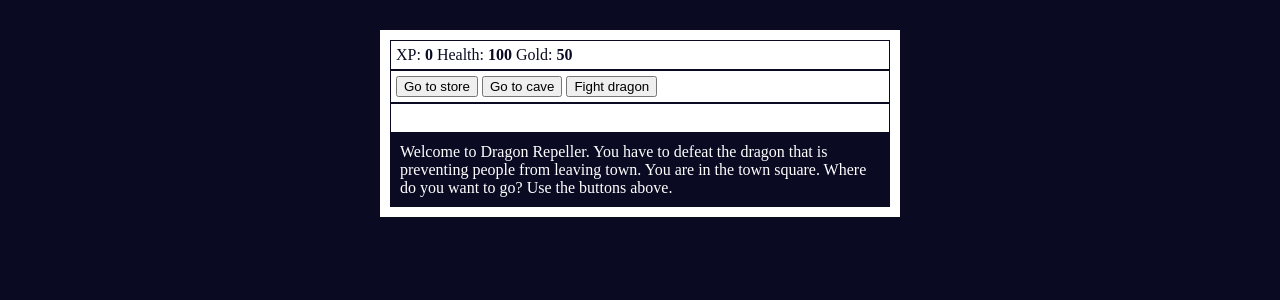
Repository: Lungdjos/role_playing_game
Page: index.html
The author's editor kept a copy of each file at every save. The page is drawn from the files as they stood at one save, then again after a run of saves.
The browser window is 1280 px wide. The pictures show the whole page.

Above is the page before, as saved 2024-02-07 08:31:28.

### index.html
<!DOCTYPE html>
<html lang="en">

<head>
    <meta charset="UTF-8">
    <meta name="viewport" content="width=device-width, initial-scale=1.0">
    <title>RPG - Dragon Repeller</title>
    <link rel="stylesheet" href="./styles.css">

</head>

<body>
    <div id="game">
        <div id="stats">
            <span class="stat">XP: <strong><span id="xpText">0</span></strong>
            </span>
            <span class="stat">Health: <strong><span id="healthText">100</span></strong>
            </span>
            <span class="stat">Gold: <strong><span id="goldText">50</span></strong>
            </span>
        </div>
        <div id="controls">
            <button id="button1">Go to store</button>
            <button id="button2">Go to cave</button>
            <button id="button3">Fight dragon</button>
        </div>
        <div id="monsterStats">
            <span class="stat">
                Monster Name: <strong><span id="monsterName"></span></strong>
            </span>
            <span class="stat">
                Health: <strong><span id="monsterHealth"></span></strong>
            </span>
        </div>
        <div id="text">
            Welcome to Dragon Repeller. You have to defeat the dragon that is preventing people from leaving town. You are in the town square. Where do you want to go? Use the buttons above.
        </div>
    </div>

    <!-- JavaScript files -->
    <script src="./script.js"></script>
</body>

</html>

### styles.css
/** Main CSS */

body {
    background-color: #0a0a23;
}


/* text styling */

#text {
    background-color: #0a0a23;
    color: #fff;
    padding: 10px;
}


/* game styling */

#game {
    background-color: #fff;
    color: #fff;
    max-width: 500px;
    max-height: 400px;
    margin: 30px auto 0 auto;
    padding: 10px;
}


/* stats and controls styling */

#controls,
#stats {
    border: 1px solid #0a0a23;
    color: #0a0a23;
    padding: 5px;
}


/* monster stats styling */

#monsterStats {
    border: 1px solid #0a0a23;
    padding: 5px;
    color: #fff;
    background-color: #c700;
}

### script.js
/**
 * Main JavaScript
 */

'use strict';

// variables
let xp = 0;
let health = 100;
let gold = 50;
let currentWeapon = 0;
let fighting;
let monsterHealth;
let inventory = ['stick'];

// query selectors
const button1 = document.querySelector('#button1');
const button2 = document.querySelector('#button2');
const button3 = document.querySelector('#button3');

After the next 3 saves:
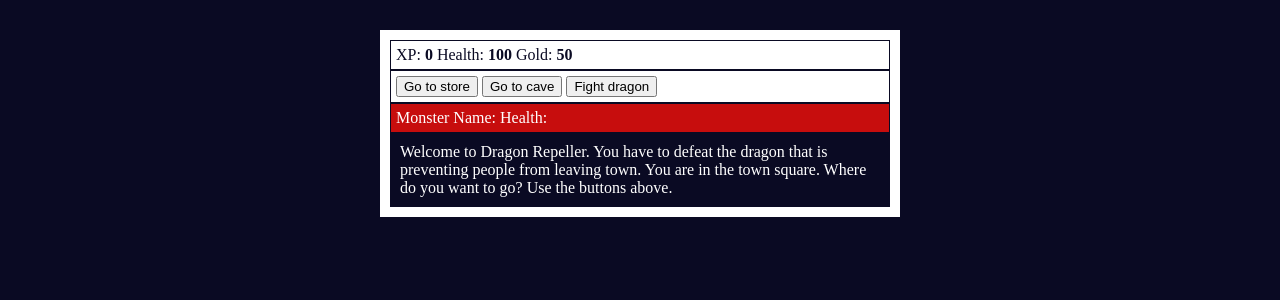
The 3 saves are shown as one change because they came seconds apart.
The last was saved 11 s later.
--- a/styles.css
+++ b/styles.css
@@ -42,5 +42,5 @@ body {
     border: 1px solid #0a0a23;
     padding: 5px;
     color: #fff;
-    background-color: #c700;
+    background-color: #c70d0d;
 }
